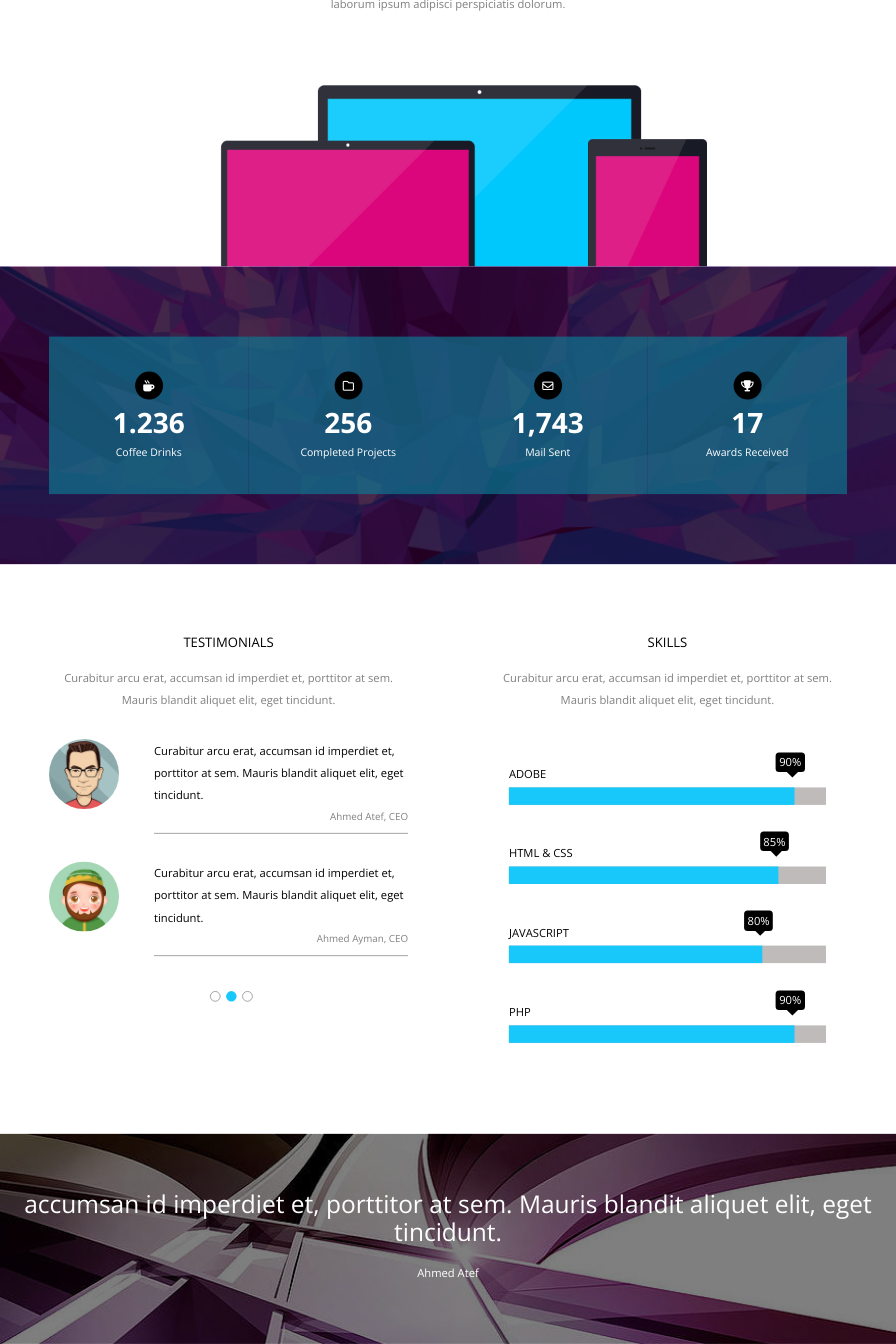
Repository: Ahmed123rezk123/Template_2
Page: index.html
These files come from the project's save history. The page is drawn as it stood at one moment and after the next save; the edit follows.
The browser window is 1280 px wide. The pictures show the part of the page from y = 4247 to 6167 px (the page is 6167 px tall), at 70% of full size.
A picture or video elsewhere on the page could not be fetched, so the positions and the page height are approximate. Some web fonts or font styles are not loaded; a fallback is used.

Above is the page before, as saved 2024-04-15 19:32:10.

After the next save:
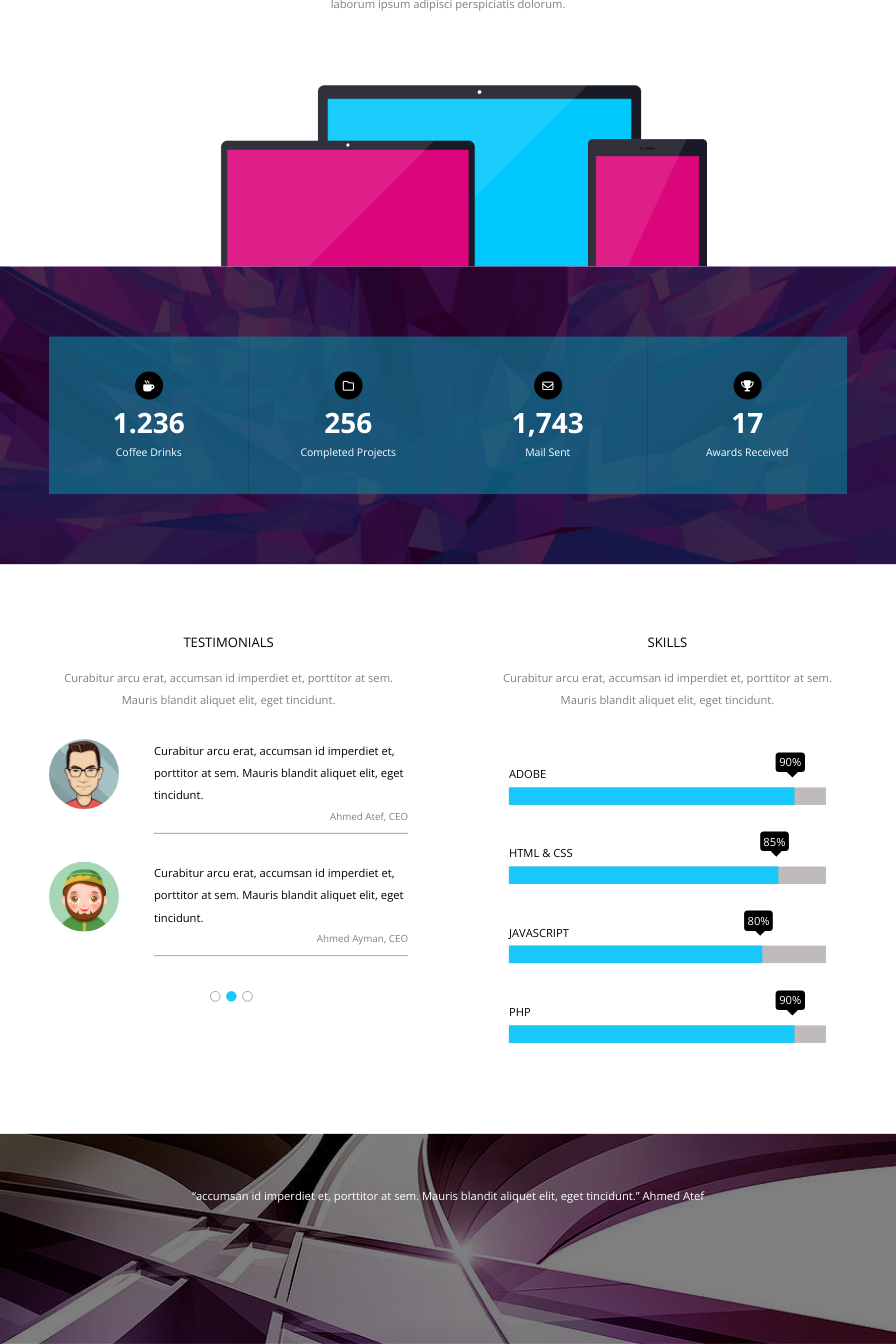
Saved 4 s later.
--- a/index.html
+++ b/index.html
@@ -327,7 +327,7 @@
   <div class="quote">
     <div class="container">
       <div class="content">
-        <p>accumsan id imperdiet et, porttitor at sem. Mauris blandit aliquet elit, eget tincidunt.</p>
+        <q>accumsan id imperdiet et, porttitor at sem. Mauris blandit aliquet elit, eget tincidunt.</q>
         <span>Ahmed Atef</span>
       </div>
     </div>
